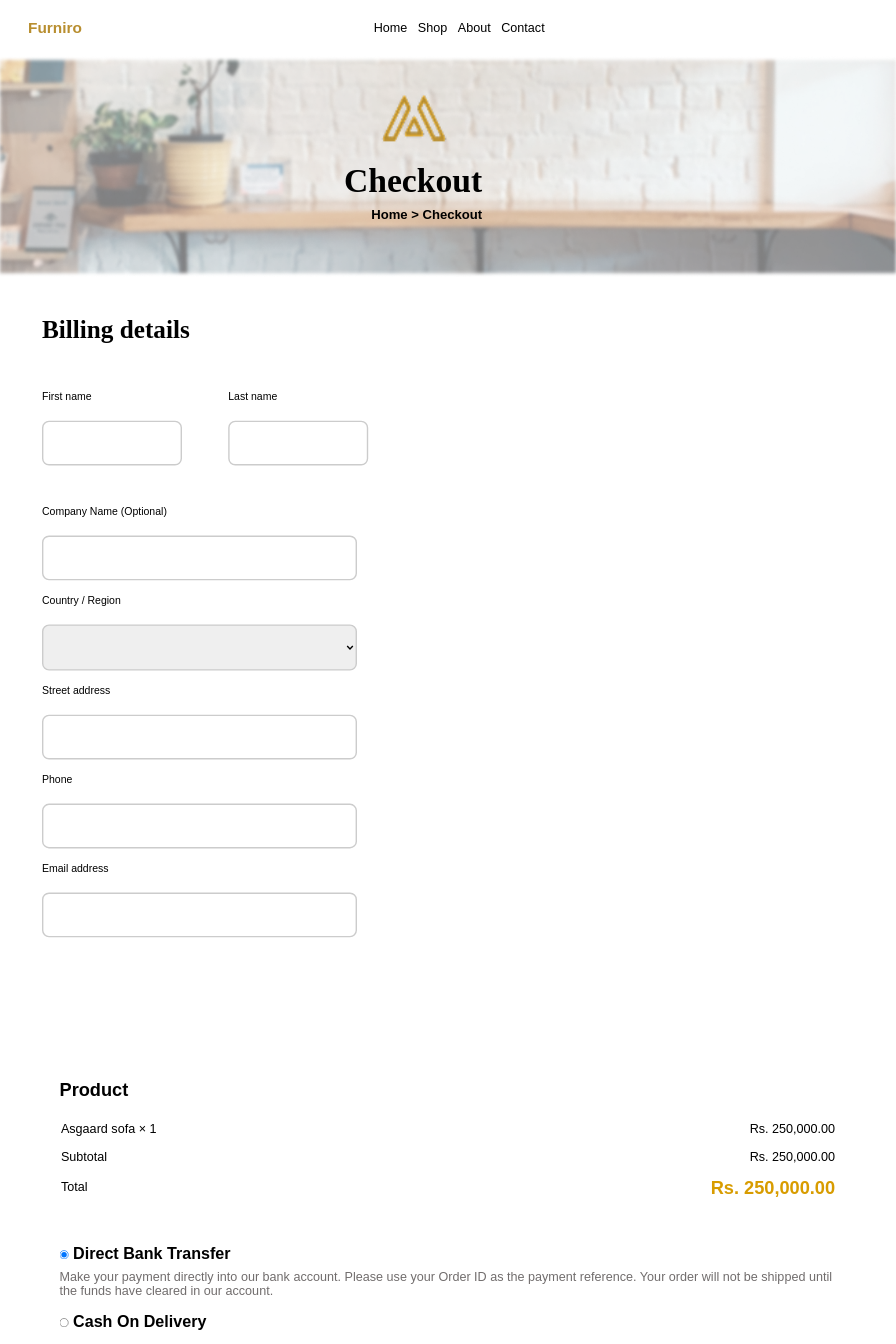
Repository: Ali1Kh/Furniro-ITI
Page: pages/checkout.html
The author's editor kept a copy of each file at every save. The page is drawn from the files as they stood at one save, then again after the next save.
The browser window is 1280 px wide. The pictures show the part of the page from y = 0 to 1920 px (the page is 3166 px tall), at 70% of full size.

Above is the page before, as saved 2025-07-19 20:44:02.

### pages/checkout.html
<!DOCTYPE html>
<html lang="en">

<head>
  <meta charset="UTF-8">
  <meta name="viewport" content="width=device-width, initial-scale=1.0">
  <title>CheckOut</title>
  <link rel="shortcut icon" href="../assets/icons/Logo.png" type="image/x-icon">
  <link rel="stylesheet" href="../styles/index.css">
  <link rel="stylesheet" href="../styles/checkout.css">
</head>

<body>

  <nav>
    <!-- Navigation -->
    <div class="navBar">
      <div class="text">
        <p>Furniro</p>
      </div>

      <div class="menu-icon" onclick="toggleSidebar()">☰</div>

      <div class="navBarLinks">
        <ul>
          <li><a href="/pages/home.html">Home</a></li>
          <li><a href="/pages/shop.html">Shop</a></li>
          <li><a href="/">About</a></li>
          <li><a href="/pages/contact.html">Contact</a></li>
        </ul>
      </div>

     <div class="navBarIcons">
        <a href="/pages/Compare.html"><i class="fa-solid fa-user"></i></a>
        <a href="/pages/shop.html"><i class="fa-solid fa-magnifying-glass"></i></a>
        <a href="/"><i class="fa-solid fa-heart"></i></a>
        <a href="/pages/checkout.html"><i class="fa-solid fa-cart-plus"></i></a>
      </div>
    </div>


    <!-- Sidebar for mobile -->
    <div class="sidebar" id="sidebar">
      <a href="" onclick="toggleSidebar()">✖</a>
      <a href="">Home</a>
      <a href="/pages/shop.html">Shop</a>
      <a href="/">About</a>
      <a href="/pages/contact.html">Contact</a>
    </div>
  </nav>

  <main class="checkout">
    <div id="home">
      <div class="img-conteaner">
        <img src="../assets/img/Rectangle 1.png" alt="">

        <div class="text-conteaner">
          <img src="../assets/icons/Logo.png" alt="" style="width: 100px;height: 77px;margin-top: -80px; left: 1px; ">
          <h2 style="font-size: 48px; font-family: Poppins; top: 20px;">Checkout</h2>
          <h3 style="top: 30px;left: -11px; "><span style="width: 48;height: 24;top: 295px;left: 660px; ">Home ></span>
            Checkout</h3>
        </div>
      </div>
    </div>

    <div id="content">
      <div class="form">
        <h1 style="font-family: Poppins;font-weight: 600;font-style: SemiBold;font-size: 36px;">Billing details</h1>
        <br><br>
        <form>
          <div class="input" style="width: 200px;">
            <label>First name</label><br>
            <input type="text" name="firatname" id="firatname">
          </div>

          <div class="input" style="width: 200px; position: relative;bottom: 127px;left: 266px;">
            <label>Last name</label><br>
            <input type="text" name="lastname" id="lastname">
          </div>

          <div class="input" style="position: relative; bottom: 90px; width: 450px;">
            <label>Company Name (Optional)</label><br>
            <input type="text" name="Companyname(Optional)" id="Companyname(Optional)">
          </div>

          <div class="input" style="position: relative; bottom: 90px; width: 450px;">
            <label>Country / Region</label><br>
            <select>
              <option></option>
              <option>UK</option>
              <option>Argantina</option>
              <option>Brasil</option>
              <option>Egypt</option>
              <option>USA</option>
            </select>
          </div>

          <div class="input" style="position: relative; bottom: 90px; width: 450px;">
            <label>Street address</label><br>
            <input type="text" name="Streetaddress" id="Streetaddress">
          </div>

          <div class="input" style="position: relative; bottom: 90px; width: 450px;">
            <label>Phone</label><br>
            <input type="number" name="Phone" id="Phone">
          </div>

          <div class="input" style="position: relative; bottom: 90px; width: 450px;">
            <label>Email address</label><br>
            <input type="email" name="Emailaddress" id="Emailaddress">
          </div><br><br>

        </form>
      </div>
      <div class="table">
        <div class="order-summary">
          <h2>Product</h2>
          <table>
            <tr>
              <td>Asgaard sofa × 1</td>
              <td style="text-align: right;">Rs. 250,000.00</td>
            </tr>
            <tr>
              <td>Subtotal</td>
              <td style="text-align: right;">Rs. 250,000.00</td>
            </tr>
            <tr>
              <td>Total</td>
              <td style="text-align: right;" class="total">Rs. 250,000.00</td>
            </tr>
          </table><br><br>

          <div class="payment-methods">
            <label><input type="radio" name="payment" checked> Direct Bank Transfer</label>
            <p>
              Make your payment directly into our bank account. Please use your Order ID as the payment reference. Your
              order will not be shipped until the funds have cleared in our account.
            </p>

            <label><input type="radio" name="payment"> Cash On Delivery</label>
          </div>

          <div class="privacy">
            Your personal data will be used to support your experience throughout this website, to manage access to your
            account, and for other purposes described in our <a href="#">privacy policy</a>.
          </div>

          <button class="btn">Place order</button>
        </div>
      </div>
    </div>

    <div id="quality">
      <div class="1"
        style="display: flex; gap: 1.5rem; padding-top: 80px; padding-bottom: 80px;width: 25%;padding-left: 50px;">
        <div class="l"><img src="../assets/icons/Group copy.png" alt=""></div>
        <div class="r">
          <h2>High Quality</h2>
          <p>crafted from top materials</p>
        </div>

      </div>
      <div class="2" style="display: flex; gap: 1.5rem; padding-top: 80px; padding-bottom: 80px;width: 25%;">
        <div class="l"><img src="../assets/icons/Group (2).png" alt=""></div>
        <div class="r">
          <h2>Warranty Protection</h2>
          <p>Over 2 years</p>
        </div>

      </div>
      <div class="3" style="display: flex; gap: 1.5rem; padding-top: 80px; padding-bottom: 80px;width: 25%;">
        <div class="l"><img src="../assets/icons/Vector (2).png" alt=""></div>
        <div class="r">
          <h2>Free Shipping</h2>
          <p>Order over 150 $</p>
        </div>

      </div>
      <div class="4" style="display: flex; gap: 1.5rem; padding-top: 80px; padding-bottom: 80px;width: 25%;">
        <div class="l"><img src="../assets/icons/customer-support.png" alt=""></div>
        <div class="r">
          <h2>24 / 7 Support</h2>
          <p>Dedicated support</p>
        </div>

      </div>

    </div>
  </main>

  <footer class="footer">
    <div class="footer-container">
      <div class="footer-sec">
        <h2 class="logo">Funiro.</h2>
        <p style="padding-top: 20px;">400 University Drive Suite 200 Coral Gables,<br>FL 33134 USA</p>
      </div>

      <div class="footer-sec">
        <h4>Links</h4>
        <ul>
          <li><a href="#">Home</a></li>
          <li><a href="#">Shop</a></li>
          <li><a href="#">About</a></li>
          <li><a href="#">Contact</a></li>
        </ul>
      </div>

      <div class="footer-sec">
        <h4>Help</h4>
        <ul>
          <li><a href="#">Payment Options</a></li>
          <li><a href="#">Returns</a></li>
          <li><a href="#">Privacy Policies</a></li>
        </ul>
      </div>

      <div class="footer-sec new">
        <h4>Newsletter</h4>
        <div class="subscribe">
          <input type="email" placeholder="Enter Your Email Address">
          <button>SUBSCRIBE</button>
        </div>
      </div>
    </div>

    <div class="footer-bottom">
      <p>2023 furniro. All rights reserved</p>
    </div>
  </footer>

  <script src="../scripts/index.js"></script>

</body>

</html>

### styles/index.css
:root {
  --mainColor: #feeed8;
}

* {
  margin: 0;
  padding: 0;
  box-sizing: border-box;
}

body {
  font-family: "Poppins", sans-serif;
}

.navBar img {
  display: inline;
}

.navBar {
  width: 100%;
  height: 80px;
  display: flex;
  justify-content: space-between;
  align-items: center;
  padding: 0 50px;
  background-color: #fff;
  z-index: 1000;
  position: sticky;
  top: 0;
}

.navBarLinks ul {
  list-style: none;
  display: flex;
  gap: 60px;
}

.navBarLinks a {
  text-decoration: none;
  font-size: 18px;
  color: black;
}

.navBarIcons {
  display: flex;
  gap: 30px;
}

.text p {
  font-weight: bold;
  font-size: 22px;
  color: #b88e2f;
}

/* Sidebar for mobile */
.sidebar {
  height: 100%;
  width: 0;
  position: fixed;
  background-color: #8d8d8d;
  overflow-x: hidden;
  transition: 0.3s;
  padding-top: 60px;
  z-index: 999;
}
.sidebar a {
  padding: 12px 20px;
  text-decoration: none;
  font-size: 20px;
  color: white;
  display: block;
}
.sidebar a:hover {
  background-color: #444;
}

.menu-icon {
  font-size: 28px;
  cursor: pointer;
  display: none;
  padding: 15px;
}

/* Quality */

#quality {
  display: flex;
  background-color: rgba(250, 243, 234, 1);
  width: 100%;
}

/* Page Header */

#pageHeader .imge {
  position: relative;
  width: 100%;
  height: auto;
}

#pageHeader .imge img {
  width: 100%;
  height: auto;
  display: block;
}

#pageHeader .adresIn {
  position: absolute;
  top: 50%;
  left: 50%;
  transform: translate(-50%, -50%);
  color: black;
  text-align: center;
}

#pageHeader .mainP1 {
  font-size: 48px;
}
#pageHeader .scoundP1 {
  font-size: 16px;
}

.footerBox {
  height: 400px;
  width: 100%;
}
.with-line::before,
.with-line::after {
  content: "";
  display: block;
  height: 1px;
  background-color: #c6c6c6;
  margin: 20px auto;
  width: 100%;
}

.with-line::after {
  width: 82%;
}

.infoterbox {
  margin-left: 100px;
  margin-right: 100px;
  display: grid;
  grid-template-columns: 1fr 1fr 1fr 1.5fr;
  gap: 20px;
  padding: 30px;
  color: white;

  height: 100%;
}

.mainFooterBar {
  font-weight: bold;
  font-size: 24px;
  color: #000;
}
.scoundFooterBar {
  font-size: 16px;
  font-weight: 300;
  color: #9f9f9f;
  position: relative;
  top: 40px;
}

.prgraphF {
  position: relative;
  top: 54px;
}

.infoterboxLM a,
.infoterboxRM a {
  display: block;
  margin-top: 55px;
  text-decoration: none;
  color: #000;
  width: 70%;
}

.infoterboxLM p,
.infoterboxRM p,
.prgraphFF p {
  font-size: 16px;
  font-weight: 300;
  color: #9f9f9f;
}

.SUBSCRIBE {
  position: relative;
  top: 53px;
}

.SUBSCRIBE button {
  font-size: 14px;
  font-weight: bold;
  width: 85px;
  height: 21px;
  border: none;
  border-bottom: 1px solid black;
  margin-left: 15px;
  background-color: white;

  cursor: pointer;
}

.SUBSCRIBE input {
  font-size: 14px;
  width: 200px;
  height: 21px;
  color: #9f9f9f;
  border: none;
  border-bottom: 1px solid black;
}

.SUBSCRIBE input:focus {
  outline: none;
}

@media (max-width: 768px) {
  .navBarLinks {
    display: none;
  }
  .menu-icon {
    display: block;
  }
  .navBarIcons {
    display: none;
  }
}

@media (max-width: 767px) {
  .navBarIcons {
    display: none;
  }
}

### styles/checkout.css
* {
  margin: 0;
  padding: 0;
}
.checkout ul {
  list-style: none;
}

.checkout a {
  text-decoration: none;
}

/* start header */

#header {
  background-color: rgb(250, 245, 240);
  border: 1px solid #ccc;
  width: 100%;
  height: 90px;
}
#header .navbar {
  display: flex;
  justify-content: space-between;
  align-items: center;
}
#header .navbar .logo {
  display: flex;
  width: 185;
  height: 41;
  opacity: 1;
  top: 29px;
  left: 54px;
  gap: 5px;
}
#header .navbar img {
  width: 185;
  height: 41px;
  top: 29px;
  left: 54px;
  gap: 5px;
}

/* #header .navbar .imgs{
    width: 300px;
    display: flex;
    position: relative;
    bottom: 10px;
} */

#header .navbar ul {
  display: flex;
}
#header .navbar ul li a {
  position: relative;
  color: black;
  font-size: 25px;
  margin: 0 20px;
  font-weight: bold;
  transition: 0.3s ease;
  bottom: 15px;
}
#header .navbar ul li a:hover {
  color: bisque;
}

/* finish header */

.img-conteaner {
  position: relative;
  width: 100%;
}

.img-conteaner img {
  width: 100%;
  height: 316px;
  top: 100px;
}

.text-conteaner {
  position: absolute;
  top: 50%;
  left: 50%;
  transform: translate(-50%, -50%);
}
.text-conteaner h3 {
  position: relative;
  bottom: 90px;
  left: 40px;
}
.text-conteaner h2 {
  position: relative;
  bottom: 90px;
  left: -50px;
}

/* #content {
  display: flex;
  justify-content: space-between;
  gap: 8rem;
  max-width: 1240px;
  margin: auto;
  padding-top: 100px;
}

.form {
  width: 50%;
} */







#content {
  display: flex;
  justify-content: space-between;
  flex-wrap: wrap; /* مهم جدا */
  gap: 2rem;
  max-width: 1200px;
  margin: auto;
  padding: 50px 20px;
}

.form, .table {
  flex: 1 1 100%; /* هتكون عمودين فوق بعض مبدئياً */
}















.form h1 {
  font-size: 36px;
  font-weight: 600;
  margin-bottom: 30px;
}

form label {
  font-weight: 500;
  margin-bottom: 8px;
  display: block;
  font-size: 15px;
}

form input,
form select {
  width: 100%;
  padding: 22px;
  border: 2px solid #ccc;
  border-radius: 10px;
  font-size: 14px;
}

.input {
  margin-bottom: 20px;
}

.table {
  width: 48%;
}

.order-summary {
  padding: 25px;
}

.order-summary h2 {
  font-size: 26px;
  margin-bottom: 20px;
}

.order-summary table {
  width: 100%;
  margin-bottom: 20px;
}

.order-summary table td {
  padding: 8px 0;
  font-size: 18px;
}

.order-summary .total {
  font-weight: bold;
  color: #d89c00;
  font-size: 26px;
}

.payment-methods label {
  display: block;
  margin-bottom: 10px;
  font-weight: bold;
  font-size: 23px;
}

.payment-methods p {
  font-size: 18px;
  color: #716d6d;
  margin: 10px 0 20px;
  line-height: 1.1;
}

.privacy {
  font-size: 18px;
  color: #555;
  margin: 20px 0;
  line-height: 1.1;
}

.privacy a {
  text-decoration: underline;
  color: black;
}

/* .btn {
  padding: 15px 100px;
  background: #fff;
  border: 2px solid black;
  border-radius: 12px;
  font-size: 16px;
  transition: 0.3s ease;
  margin-left: 100px;
  margin-top: 10px;
  box-shadow: 1px 1px 1px black;
} */




.btn {
  width: 100%;
  padding: 15px;
  background: #fff;
  border: 2px solid black;
  border-radius: 12px;
  font-size: 16px;
  margin-top: 20px;
  box-shadow: 1px 1px 2px black;
}

.btn:hover {
  background-color: #babd8e;
}

.footer {
  background-color: #fff;
  padding: 40px 60px 20px;
  border-top: 1px solid #e0e0e0;
  color: #333;
}

/* .footer-container {
  display: flex;
} */



.footer-container {
  display: flex;
  flex-wrap: wrap;
  justify-content: space-between;
  gap: 2rem;
}


.footer-sec {
  flex: 1 1 100%;
}

.footer-sec h2.logo {
  font-size: 22px;
  font-weight: 700;
  margin-bottom: 15px;
}

.footer-sec h4 {
  font-size: 14px;
  font-weight: 500;
  color: #999;
  margin-bottom: 10px;
}

.footer-sec ul {
  list-style: none;
  padding: 0;
  margin: 0;
}

.footer-sec ul li {
  margin-bottom: 10px;
  padding: 15px;
}

.footer-sec ul li a {
  text-decoration: none;
  color: #000;
  font-size: 14px;
}

.footer-sec p {
  color: #999;
  font-size: 14px;
}

.new .subscribe {
  display: flex;
  gap: 10px;
  margin-top: 10px;
}

.new input {
  padding: 6px 10px;
  font-size: 14px;
  border: none;
  border-bottom: 1px solid #999;
  outline: none;
}

.new button {
  background: none;
  border: none;
  border-bottom: 1px solid #000;
  color: #000;
  font-size: 13px;
  font-weight: 500;
}

.footer-bottom {
  border-top: 1px solid #e0e0e0;
  padding: 5px;
  margin-top: 20px;
  padding-top: 10px;
  text-align: left;
  font-size: 13px;
  color: #000;
}


.navBar {
  display: flex;
  justify-content: space-between;
  align-items: center;
  padding: 20px 40px;
  flex-wrap: wrap;
}

.navBar .menu-icon {
  display: none;
  font-size: 28px;
  cursor: pointer;
}

.navBarLinks ul,
.navBarIcons {
  display: flex;
  gap: 15px;
}

.sidebar {
  display: none;
  position: fixed;
  top: 0;
  right: 0;
  background-color: white;
  width: 250px;
  height: 100%;
  padding: 20px;
  z-index: 999;
  flex-direction: column;
  box-shadow: -2px 0 10px rgba(0,0,0,0.1);
}

.sidebar a {
  display: block;
  padding: 15px;
  font-size: 18px;
  color: #333;
  text-decoration: none;
}

@media (max-width: 768px) {
  .navBarLinks,
  .navBarIcons {
    display: none;
  }

  .menu-icon {
    display: block;
  }

  .sidebar {
    display: flex;
  }

   .form, .table {
    flex: 1 1 48%;
  }

    .btn {
    width: auto;
    padding: 15px 100px;
    margin-left: 100px;
  }
  .footer-sec {
    flex: 1 1 45%;
  }
}

### scripts/index.js
function toggleSidebar() {
  const sidebar = document.getElementById("sidebar");
  if (sidebar.style.width === "250px") {
    sidebar.style.width = "0";
  } else {
    sidebar.style.width = "250px";
  }
}

function toggleSidebar() {
  const sidebar = document.getElementById("sidebar");
  if (sidebar.style.display === "flex") {
    sidebar.style.display = "none";
  } else {
    sidebar.style.display = "flex";
  }
}

After the next save:
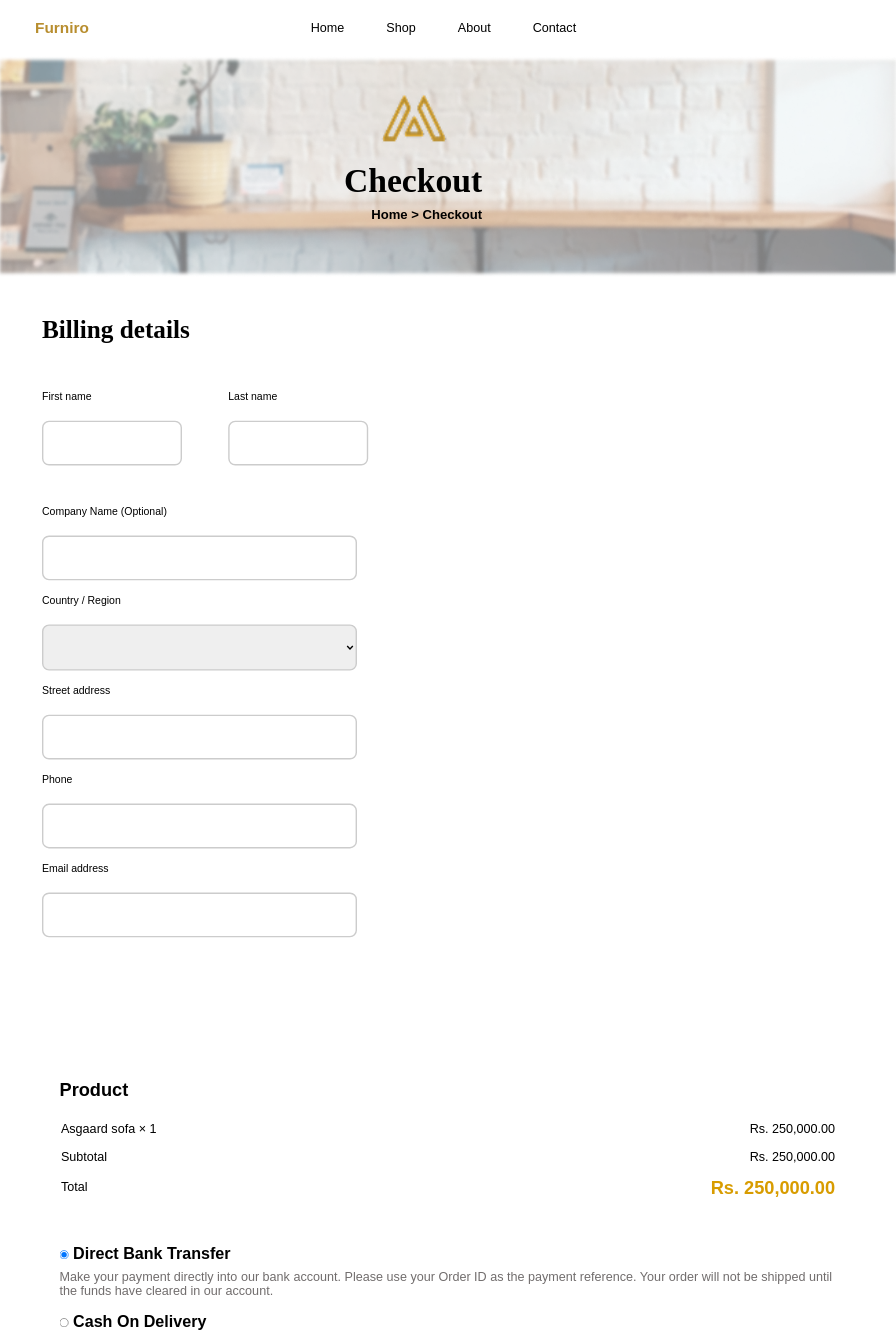
Saved 27 s later.
--- a/styles/checkout.css
+++ b/styles/checkout.css
@@ -345,7 +345,7 @@ form select {
 }
 
 
-.navBar {
+/* .navBar {
   display: flex;
   justify-content: space-between;
   align-items: center;
@@ -385,7 +385,7 @@ form select {
   font-size: 18px;
   color: #333;
   text-decoration: none;
-}
+} */
 
 @media (max-width: 768px) {
   .navBarLinks,
